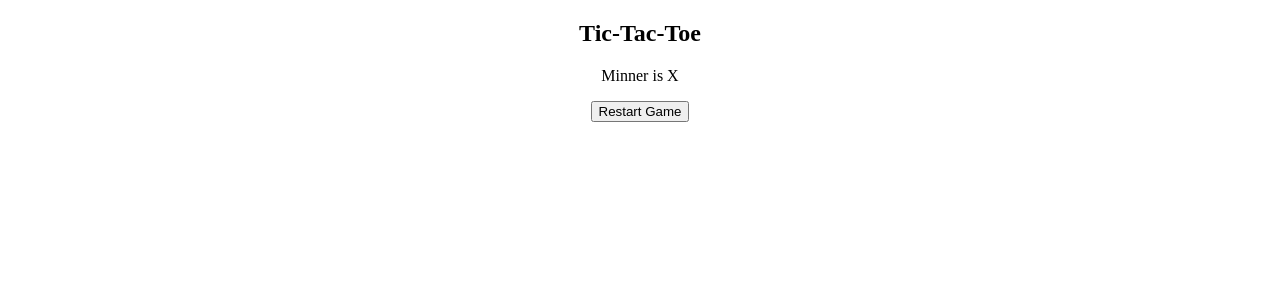
Repository: sedashahnazaryan/tic-tac-too
Page: index.html
These files come from the project's save history. The page is drawn as it stood at one moment and after a run of saves; the edit follows.
The browser window is 1280 px wide. The pictures show the whole page.

Above is the page before, as saved 2022-01-31 17:22:43.

### index.html
<!DOCTYPE html>
<html lang="en">
<head>
    <meta charset="UTF-8">
    <meta http-equiv="X-UA-Compatible" content="IE=edge">
    <meta name="viewport" content="width=device-width, initial-scale=1.0">
    <link rel="stylesheet" href="./index.css">
<title><Tic-Tac-Toe></title>

</head>
<body>
    <section>
        <h1>Tic-Tac-Toe</h1>

    <div class="div-container">
        <div class="wrapper">
        <div class="ceil-index-0"></div>
        <div class="ceil-index-1"></div>
        <div class="ceil-index-2"></div>
        <div class="ceil-index-3"></div>
        <div class="ceil-index-4"></div>
        <div class="ceil-index-5"></div>
     </div>
    </div>
    <p class="message">Minner is X</p>
    <button>Restart Game</button>
</section>
    <script src="index.js"></script>
</body>
</html>

### index.css
section{
  text-align: center;

}
.div-contanier{
margin-top: 10px ;
display:grid;
grid-template-columns:repeat (3, auto);
width: 300px;
margin: 50px;
align-items: center;
justify-content: center;

}
.ceil{
    height: 200px; ;
    width: 150px;
    border: solid 1px rgb(0, 0, 0);
}
.btn restart{
padding: ;

cursor: pointer;
}

Loaded but not shown: index.js (no copy from this time; the picture is the same without it)

After the next 2 saves:
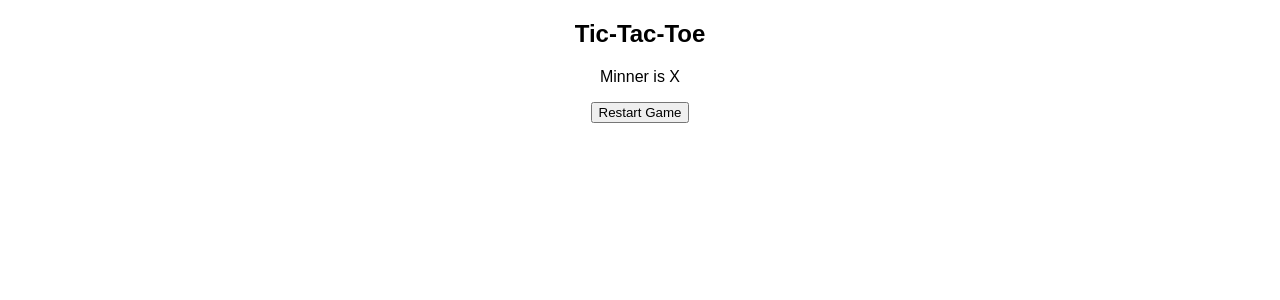
The 2 saves are shown as one change because they came seconds apart.
The last was saved 8 min 27 s later.
--- a/index.css
+++ b/index.css
@@ -1,3 +1,6 @@
+body {
+    font-family: "Arial", sans-serif;
+  }
 section{
   text-align: center;
 
